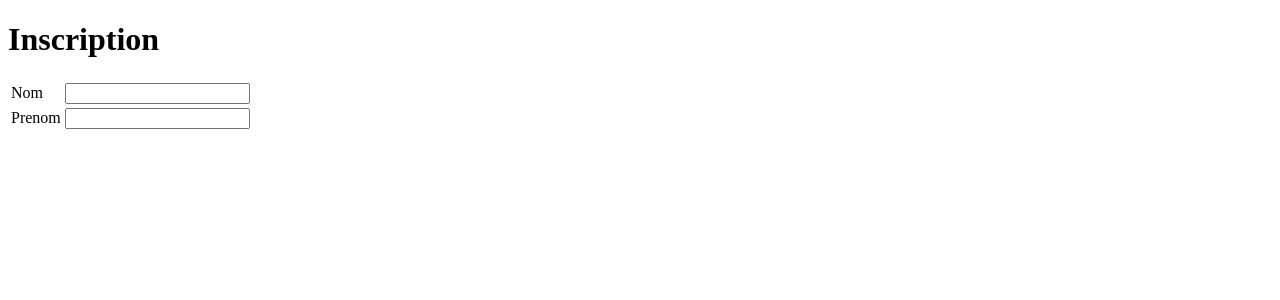
Repository: SenhajiMahmoud/SalimGest
Page: GestPizzeria/GestPizz/src/main/webapp/Candidature.html
These files come from the project's save history. The page is drawn as it stood at one moment and after the next save; the edit follows.
The browser window is 1280 px wide. The pictures show the whole page.

Above is the page before, as saved 2016-02-08 19:25:53.

After the next save:
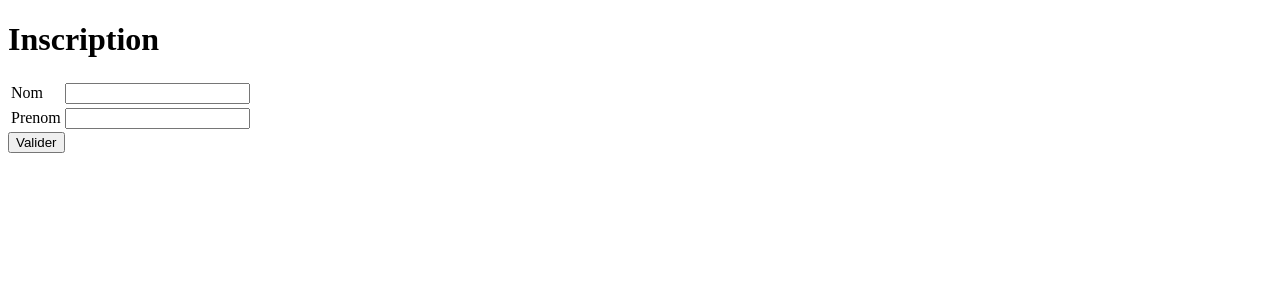
Saved 19 s later.
--- a/GestPizzeria/GestPizz/src/main/webapp/Candidature.html
+++ b/GestPizzeria/GestPizz/src/main/webapp/Candidature.html
@@ -19,6 +19,7 @@
 				<td><input type="text" name="prenom"></td>
 			</tr>
 		</table>
+		<input type="submit" value="Valider">
 	</form>
 
 </body>
